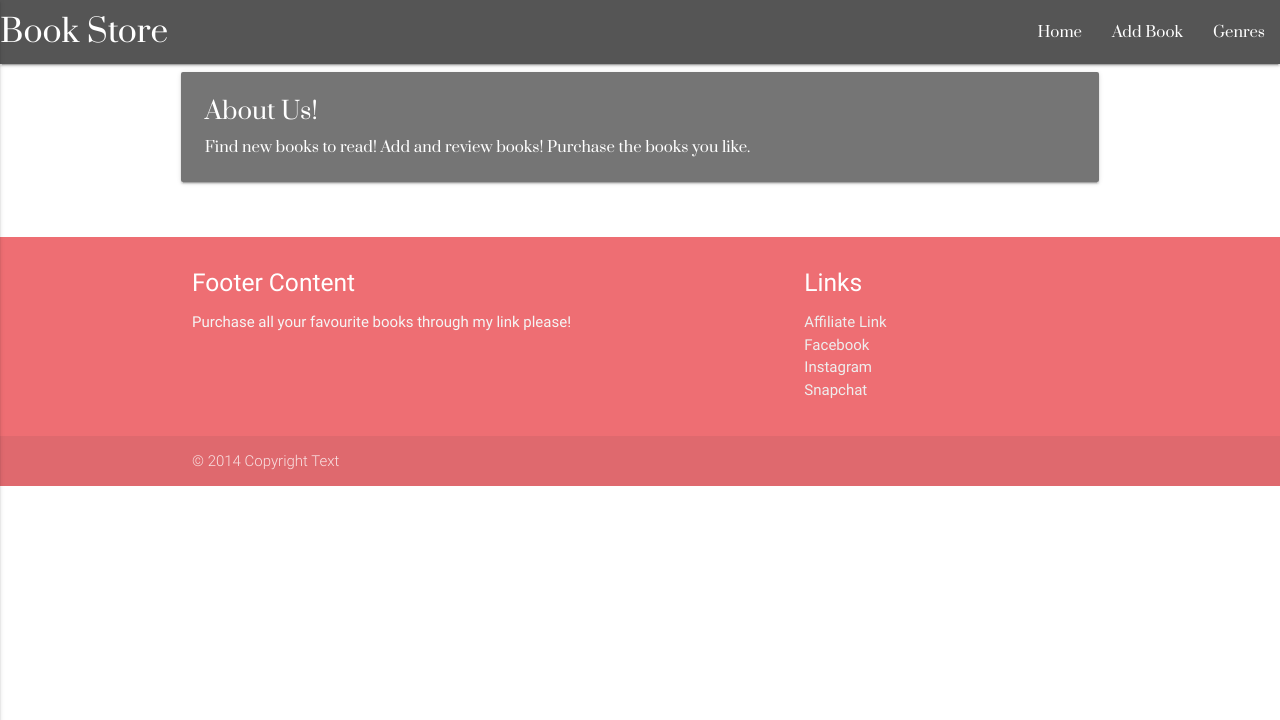
Repository: thodnett/book-store
Page: http://localhost/
The author's editor kept a record of every edit. The page is drawn from the files as they stood at one moment, then again after the next edit.
The browser window is 1280 px wide. The pictures show the whole page.
Some web libraries are served in a nearby version. The page is served by the project's application, run on Flask 3 (app.py). Queries for data that is not in the repository find no rows.

Above is the page before.

### templates/books.html
{% extends 'base.html' %} {% block content %}

<div class="row">
 <div class="card hoverable grey darken-1">
    <div class="card-content white-text">
      <span class="card-title">About Us!</span>
      <p>Find new books to read! Add and review books! Purchase the books you like. </p>
    </div>
</div>
</div>

<div class="row">
  {% for book in books %}
  <div class="card hoverable grey darken-1">
    <div class="card-content white-text">
      <span class="card-title">{{book.book_name}} - {{book.book_author}}</span>
      <p> <strong> {{book.category_name}}</strong> - {{book.book_descrip}} - {{book.book_review}} </p>
    </div>
    <div class="card-action col-sm4">
      <a  href={{book.cover_link}}>Cover Image</a>
      <a  href="{{url_for('edit_book', book_id=book._id)}}">Edit</a>
      <a  href="{{url_for('delete_book', book_id=book._id)}}">Delete</a>
    </div>
  </div>
  {% endfor %}
</div>

{% endblock %}

### templates/base.html
<!DOCTYPE html>
<html lang="en">

<head>

   <link href="https://fonts.googleapis.com/icon?family=Material+Icons" rel="stylesheet">
   <link rel="stylesheet" href="https://cdnjs.cloudflare.com/ajax/libs/materialize/0.100.2/css/materialize.min.css">
    <link rel="stylesheet" href="{{url_for('static', filename='css/style.css')}}" type="text/css"/>
</head>
<body>
    <header>
        <nav class="nav">
            <div class="nav-wrapper">
                <a href="{{url_for('get_books')}}" class="brand-logo">Book Store</a>
                <a href="#" data-activates="mobile-demo" class="button-collapse"><i class="material-icons">menu</i></a>
                <ul id="nav-mobile" class="right hide-on-med-and-down">
                    <li><a href="{{url_for('get_books')}}">Home</a></li>
                    <li><a href="{{url_for('add_book')}}">Add Book</a></li>
                    <li><a href="{{url_for('get_categories')}}">Genres</a></li>
                </ul>
                <ul class="side-nav" id="mobile-demo">
                    <li><a href="{{url_for('get_books')}}">Home</a></li>
                    <li><a href="{{url_for('add_book')}}">Add Book</a></li>
                    <li><a href="{{url_for('get_categories')}}">Genres</a></li>
                </ul>
            </div>
        </nav>
    </header>
    <div class="container">
    {% block content %}
    {% endblock %}
    </div>


<script src="https://cdnjs.cloudflare.com/ajax/libs/jquery/3.2.1/jquery.min.js"></script>
<script src="https://cdnjs.cloudflare.com/ajax/libs/materialize/0.100.2/js/materialize.min.js"></script>
<script type="text/javascript">
$(document).ready(function() {
      $('select').material_select();
      $(".button-collapse").sideNav();
        });

</script>

<footer class="page-footer">
          <div class="container">
            <div class="row">
              <div class="col l6 s12">
                <h5 class="white-text">Footer Content</h5>
                <p class="grey-text text-lighten-4">Purchase all your favourite books through my link please!</p>
              </div>
              <div class="col l4 offset-l2 s12">
                <h5 class="white-text">Links</h5>
                <ul>
                  <li><a class="grey-text text-lighten-3" href="#!">Affiliate Link</a></li>
                  <li><a class="grey-text text-lighten-3" href="#!">Facebook</a></li>
                  <li><a class="grey-text text-lighten-3" href="#!">Instagram</a></li>
                  <li><a class="grey-text text-lighten-3" href="#!">Snapchat</a></li>
                </ul>
              </div>
            </div>
          </div>
          <div class="footer-copyright">
            <div class="container">
            © 2014 Copyright Text
            </div>
          </div>
        </footer>
</body>
</html>

### app.py
import os
from flask import Flask,  render_template, redirect, request, url_for
from flask_pymongo import PyMongo
from bson.objectid import ObjectId


app = Flask(__name__)

app.config["MONGO_DBNAME"] = 'book_store'
app.config["MONGO_URI"] = 'mongodb+srv://thodnett:Pass1234@myfirstcluster-2pyxt.mongodb.net/book_store?retryWrites=true&w=majority'

mongo = PyMongo(app)



@app.route('/')
@app.route('/get_books')
def get_books():
    return render_template("books.html", books=mongo.db.books.find())

@app.route('/add_book')
def add_book():
    return render_template("addbook.html",  categories=mongo.db.categories.find())

@app.route('/insert_book', methods=['POST'])
def insert_book():
    books = mongo.db.books
    books.insert_one(request.form.to_dict())
    return redirect(url_for('get_books'))

@app.route('/edit_book/<book_id>')
def edit_book(book_id):
    the_book =  mongo.db.books.find_one({"_id": ObjectId(book_id)})
    all_categories =  mongo.db.categories.find()
    return render_template('editbook.html', book=the_book, categories=all_categories)

@app.route('/update_book/<book_id>', methods=['POST'])
def update_book(book_id):
    books = mongo.db.books
    books.update( {'_id': ObjectId(book_id)},
    {
        'book_name':request.form.get('book_name'),
        'category_name':request.form.get('category_name'),
        'book_author':request.form.get('book_author'),
        'book_descrip':request.form.get('book_descrip'),
        'book_review':request.form.get('book_review'),
        'cover_link':request.form.get('cover_link'),
        'purch_link':request.form.get('purch_link')
    })
    return redirect(url_for('get_books'))

@app.route('/delete_book/<book_id>')
def delete_book(book_id):
    mongo.db.books.remove({'_id': ObjectId(book_id)})
    return redirect(url_for('get_books'))

@app.route('/get_categories')
def get_categories():
    return render_template('categories.html',
    categories=mongo.db.categories.find())

@app.route('/edit_category/<category_id>')
def edit_category(category_id):
    return render_template('editcategory.html',
    category=mongo.db.categories.find_one({'_id': ObjectId(category_id)}))

@app.route('/update_category/<category_id>', methods=['POST'])
def update_category(category_id):
    mongo.db.categories.update(
        {'_id': ObjectId(category_id)},
        {'type': request.form.get('type')})
    return redirect(url_for('get_categories'))

@app.route('/delete_category/<category_id>')
def delete_category(category_id):
    mongo.db.categories.remove({'_id': ObjectId(category_id)})
    return redirect(url_for('get_categories'))

@app.route('/insert_category', methods=['POST'])
def insert_category():
    categories = mongo.db.categories
    category_doc ={'type': request.form.get('type')}
    categories.insert_one(category_doc)
    return redirect(url_for('get_categories'))


@app.route('/add_category')
def add_category():
    return render_template('addcategory.html')

@app.route('/find_book/<type>')
def find_book(type):
     books=mongo.db.books.find({'category_name': type})
     return render_template('findbook.html', books=books)


if __name__ == '__main__':
    app.run(host=os.environ.get('IP'),
            port=int(os.environ.get('PORT')),
            debug=True)

### static/css/style.css
@import url('https://fonts.googleapis.com/css?family=Prata&display=swap');


/*----style navbar ----*/

.nav-wrapper {
    background-color: #555555;
    font-family: 'Prata', sans-serif;

}

/*--------card--------*/

.card-content, .card-action a {
    font-family: 'Prata', sans-serif;
}

/*-------headings-----*/

.headings {
    font-family: 'Prata', sans-serif;
}

/*-----form------*/

.form {
    font-family: 'Prata', sans-serif;
}

.form a {
    color: white;
    background-color: orange;
}

/*-----footer------*/

#page-footer {
     background-color: #555555;
     font-family: 'Prata', sans-serif;

}

After the next edit:
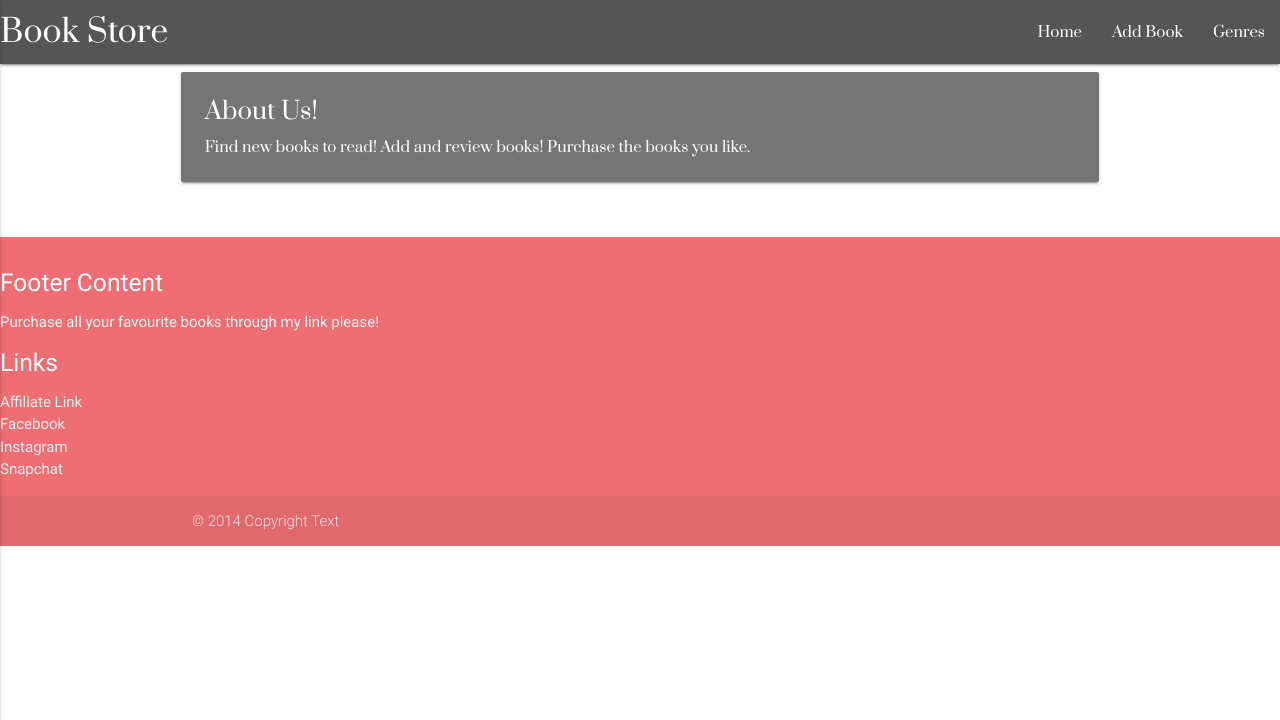
The edit:
--- a/templates/base.html
+++ b/templates/base.html
@@ -43,8 +43,8 @@
 </script>
 
 <footer class="page-footer">
-          <div class="container">
-            <div class="row">
+          <div class="container-foot">
+            <div class="row-foot">
               <div class="col l6 s12">
                 <h5 class="white-text">Footer Content</h5>
                 <p class="grey-text text-lighten-4">Purchase all your favourite books through my link please!</p>
